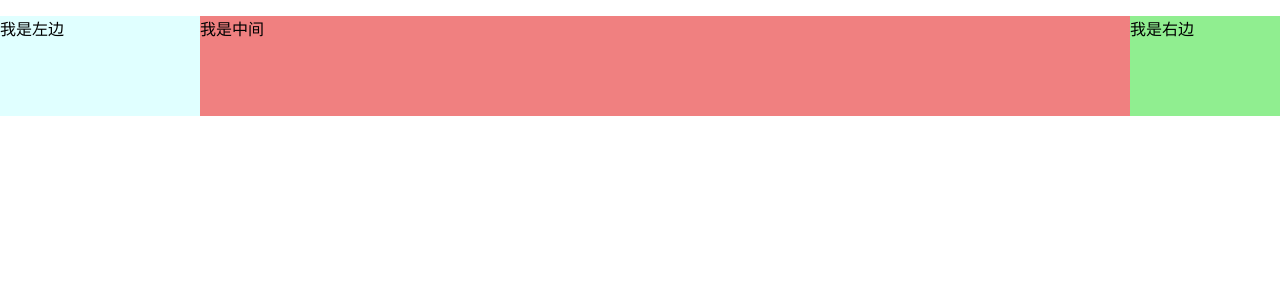
Repository: ljwrookie/Front-end-interview-handwritten-code
Page: 圣杯布局.html
The author's editor kept a copy of each file at every save. The page is drawn from the files as they stood at one save, then again after the next save.
The browser window is 1280 px wide. The pictures show the whole page.

Above is the page before, as saved 2022-04-07 14:15:54.

### 圣杯布局.html
<!DOCTYPE html>
<html lang="en">
	<head>
		<meta charset="UTF-8" />
		<meta http-equiv="X-UA-Compatible" content="IE=edge" />
		<meta name="viewport" content="width=device-width, initial-scale=1.0" />
		<title>圣杯布局</title>
		<style>
			body {
				margin: 0;
				padding: 0;
			}
			#container {
				padding-left: 200px;
				padding-right: 150px;
				/* height: 100px; */
				overflow: auto;
			}
			#container p {
				float: left;
				height: 100px;
			}
			.center {
				width: 100%;
				background-color: lightcoral;
			}
			.left {
				width: 200px;
				position: relative;
				left: -200px;
				margin-left: -100%;
				background-color: lightcyan;
			}
			.right {
				width: 150px;
				margin-right: -150px;
				background-color: lightgreen;
			}
			.clearfix:after {
				content: "";
				display: table;
				clear: both;
			}
		</style>
	</head>
	<body>
		<div id="container" class="clearfix">
			<p class="center">我是中间</p>
			<p class="left">我是左边</p>
			<p class="right">我是右边</p>
		</div>
	</body>
</html>

After the next save:
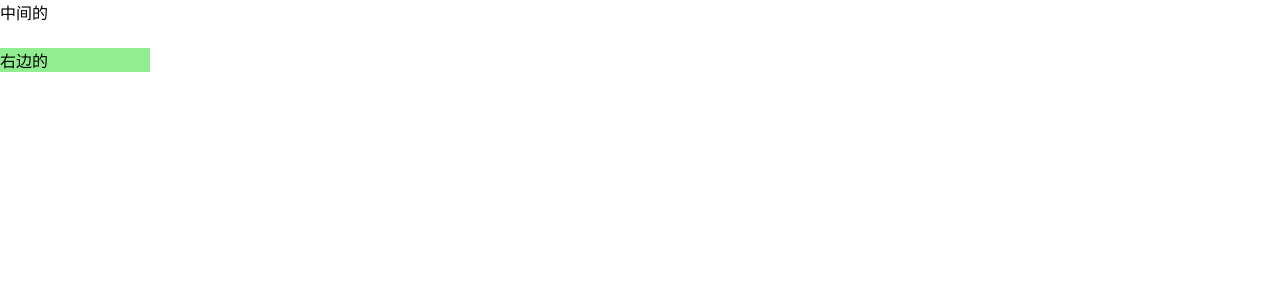
Saved 10 min 21 s later.
--- a/圣杯布局.html
+++ b/圣杯布局.html
@@ -44,10 +44,12 @@
 		</style>
 	</head>
 	<body>
-		<div id="container" class="clearfix">
-			<p class="center">我是中间</p>
-			<p class="left">我是左边</p>
-			<p class="right">我是右边</p>
+		<div class="container">
+			<div class="middle">
+				<div class="inner_middle">中间的</div>
+			</div>
+			<div class="left">左边的</div>
+			<div class="right">右边的</div>
 		</div>
 	</body>
 </html>
